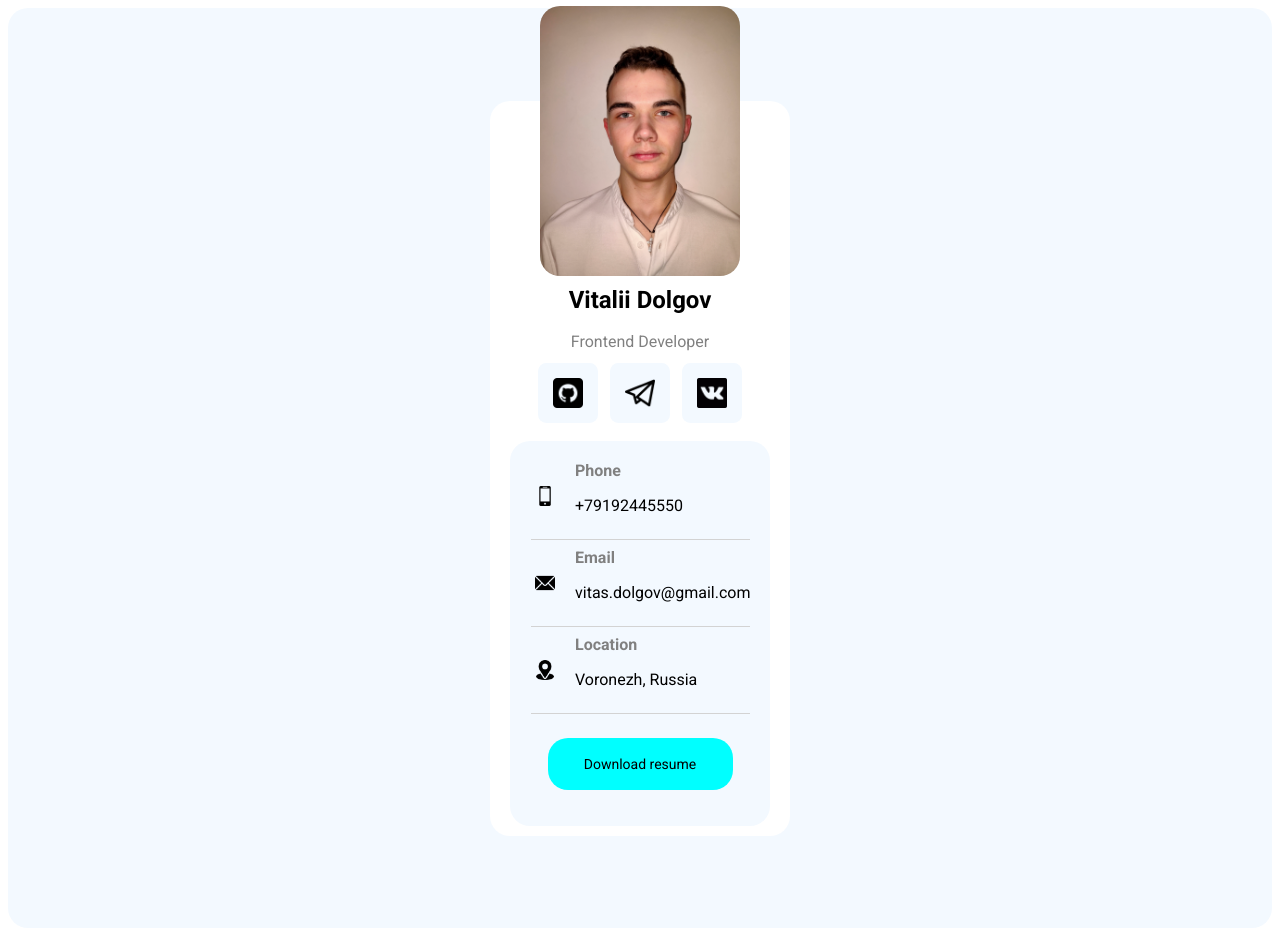
Repository: VitasYo/User_card
Page: src/index.html
An editor plug-in stored every save of this project. The page is shown before and after the next save, followed by the edit.
The browser window is 1280 px wide. The pictures show the whole page.

Above is the page before, as saved 2024-04-10 00:43:27.

### src/index.html
<!DOCTYPE html>
<html lang="ru">
  <head>
    <meta charset="UTF-8" />
    <meta name="viewport" content="width=device-width, initial-scale=1.0" />
    <title>First html</title>
    <link rel="stylesheet" href="../assets/css/index.css" />
    <script src="script.js"></script>
  </head>
  <body>
    <section class="container">
      <div class="container_card">
        <img class="avatar" src="../assets/img/Фото.jpg" alt="" />
        <div class="user-info">
          <h1>Vitalii Dolgov</h1>
          <div class="position">Frontend Developer</div>
        </div>
        <div>
          <a href="#"
            ><img class="icon" src="../assets/img/github.png" alt="github"
          /></a>
          <a href="#"
            ><img class="icon" src="../assets/img/telegram.png" alt="telegram"
          /></a>
          <a href="#"
            ><img class="icon" src="../assets/img/vk.png" alt="vk"
          /></a>
        </div>
        <div class="items_card">
          <div class="items_string">
            <img class="card_icon" src="../assets/img/phone.png" />
            <div class="card_info">
              <div><h4>Phone</h4></div>
              <div><p>+79192445550</p></div>
            </div>
          </div>
          <hr class="stripe" noshade width="217" size="1" color="lightgrey">
          <div class="items_string">
            <img class="card_icon" src="../assets/img/email.png" />
            <div class="card_info">
              <div><h4>Email</h4></div>
              <div><p>vitas.dolgov@gmail.com</p></div>
            </div>
          </div>
          <hr class="stripe" noshade width="217" size="1" color="lightgrey">
          <div class="items_string">
            <img class="card_icon" src="../assets/img/location.png" />
            <div class="card_info">
              <div><h4>Location</h4></div>
              <div><p>Voronezh, Russia</p></div>
            </div>
          </div>
          <hr class="stripe" noshade width="217" size="1" color="lightgrey">
          <button class="button">Download resume</button>
        </div>
      </div>
    </section>
  </body>
</html>

### assets/css/index.css
@import url("https://fonts.googleapis.com/css2?family=Roboto:ital,wght@0,100;0,300;0,400;0,500;0,700;0,900;1,100;1,300;1,400;1,500;1,700;1,900&display=swap");
* {
  font-family: "Roboto", sans-serif;
}

.container h1 {
  margin-top: 10px;
  margin-bottom: 0;
}

.container h4 {
  margin-top: 0;
  margin-bottom: 0;
  color: gray;
}



.container {
  display: flex;
  flex-direction: column;
  align-items: center;
  background-color: rgb(243, 249, 255);
  border-radius: 20px;
  height: 920px;
  justify-content: center;
}

.container_card {
  display: flex;
  flex-direction: column;
  align-items: center;
  background-color: white;
  border-radius: 20px;
  width: 300px;
}

.position {
  color: gray;
  margin-top: 8px;
}

.avatar {
  margin-top: -95px;
  width: 200px;
  height: 270px;
  border-radius: 20px;
}

.user-info {
  margin-bottom: 8px;
  display: flex;
  flex-direction: column;
  align-items: center;
  gap: 10px;
}

.icon {
  width: 30px;
  height: 30px;
  padding: 15px;
  background-color: rgb(243, 249, 255);
  border-radius: 8.27px;
  margin: 4px;
}

.items_card {
  background-color: rgb(243, 249, 255);
  border-radius: 20px;
  width: 260px;
  padding: 20px 0;
  margin: 10px 0;
  align-items: center;
  display: flex;
  flex-direction: column;
}

.items_string {
  justify-content: center;
  align-items: center;
  display: flex;
  border-bottom: 1px;
  border-width: 1px;
}

.card_icon {
  width: 20px;
  height: 20px;
  padding: 0 10px;
}

.card_info {
  margin-left: 10px;
  font-size: 16px;
  width: 180px;
}

.button {
  margin: 16px 0;
  background-color: aqua;
  border-radius: 20px;
  border-width: 0;
  width: 185px;
  height: 52px;
  font-size: 14px;
  cursor: pointer;
}

Loaded but not shown: src/script.js (no stored copy; drawn as an empty file)

After the next save:
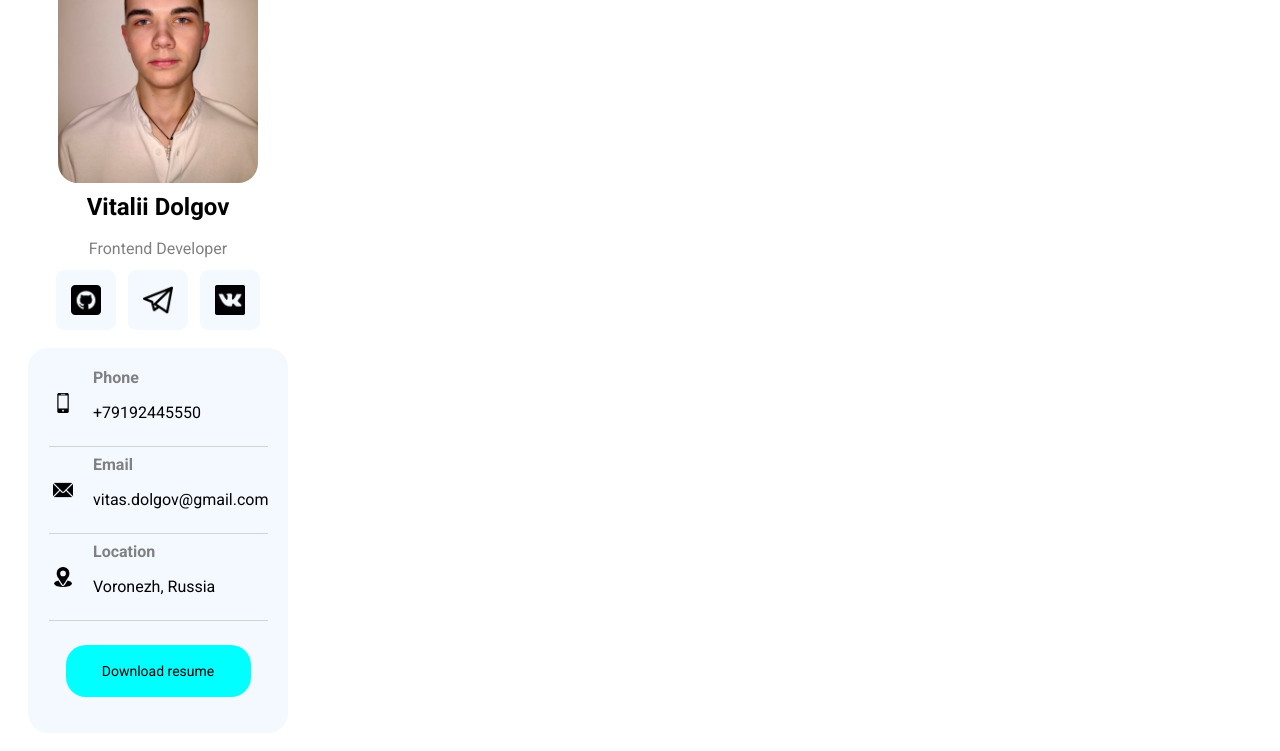
Saved 4 s later.
--- a/assets/css/index.css
+++ b/assets/css/index.css
@@ -14,7 +14,7 @@
   color: gray;
 }
 
-
+.co
 
 .container {
   display: flex;

After the save that followed:
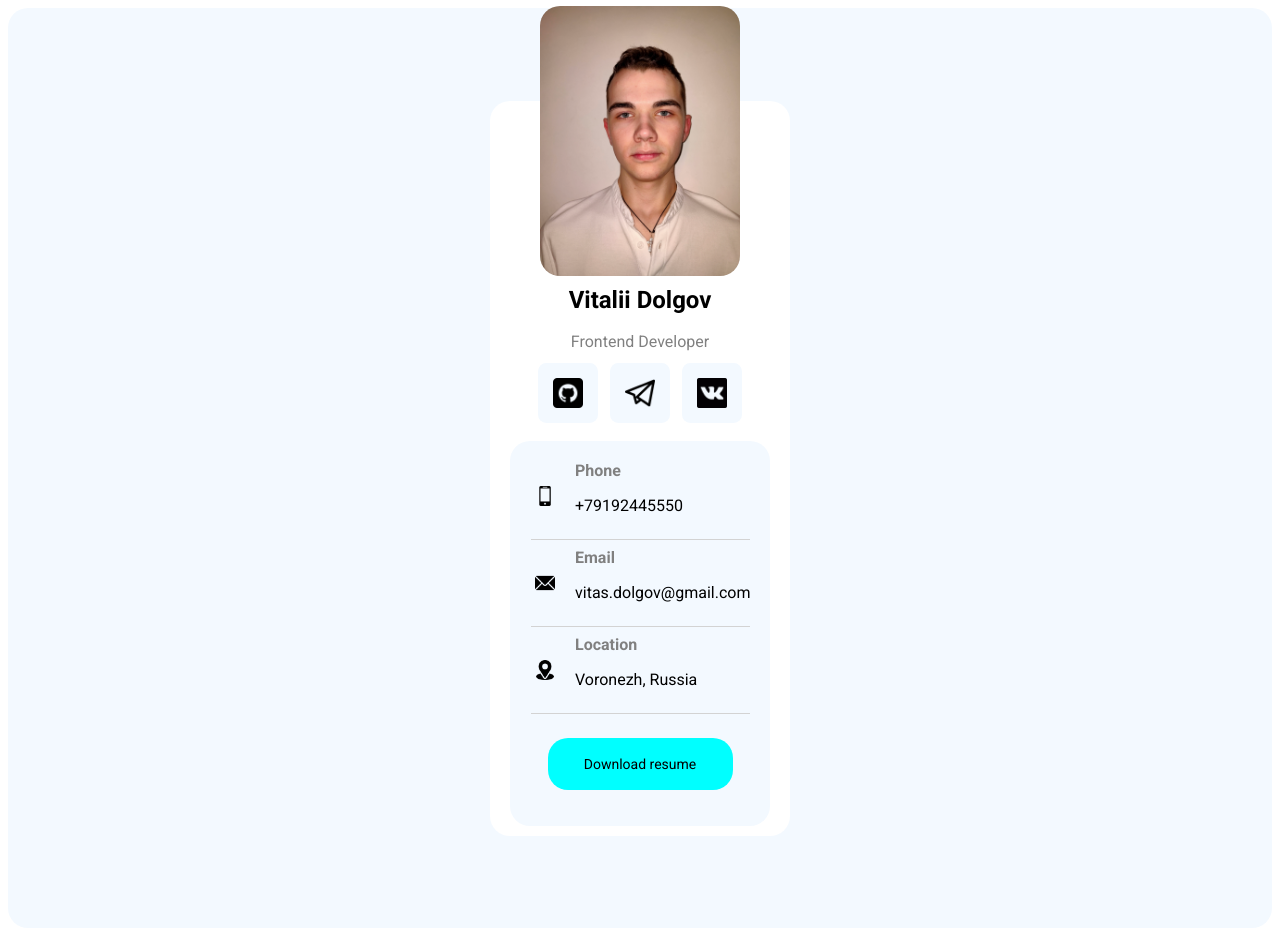
Saved 6 s later.
--- a/assets/css/index.css
+++ b/assets/css/index.css
@@ -14,7 +14,9 @@
   color: gray;
 }
 
-.co
+.container p {
+
+}
 
 .container {
   display: flex;
